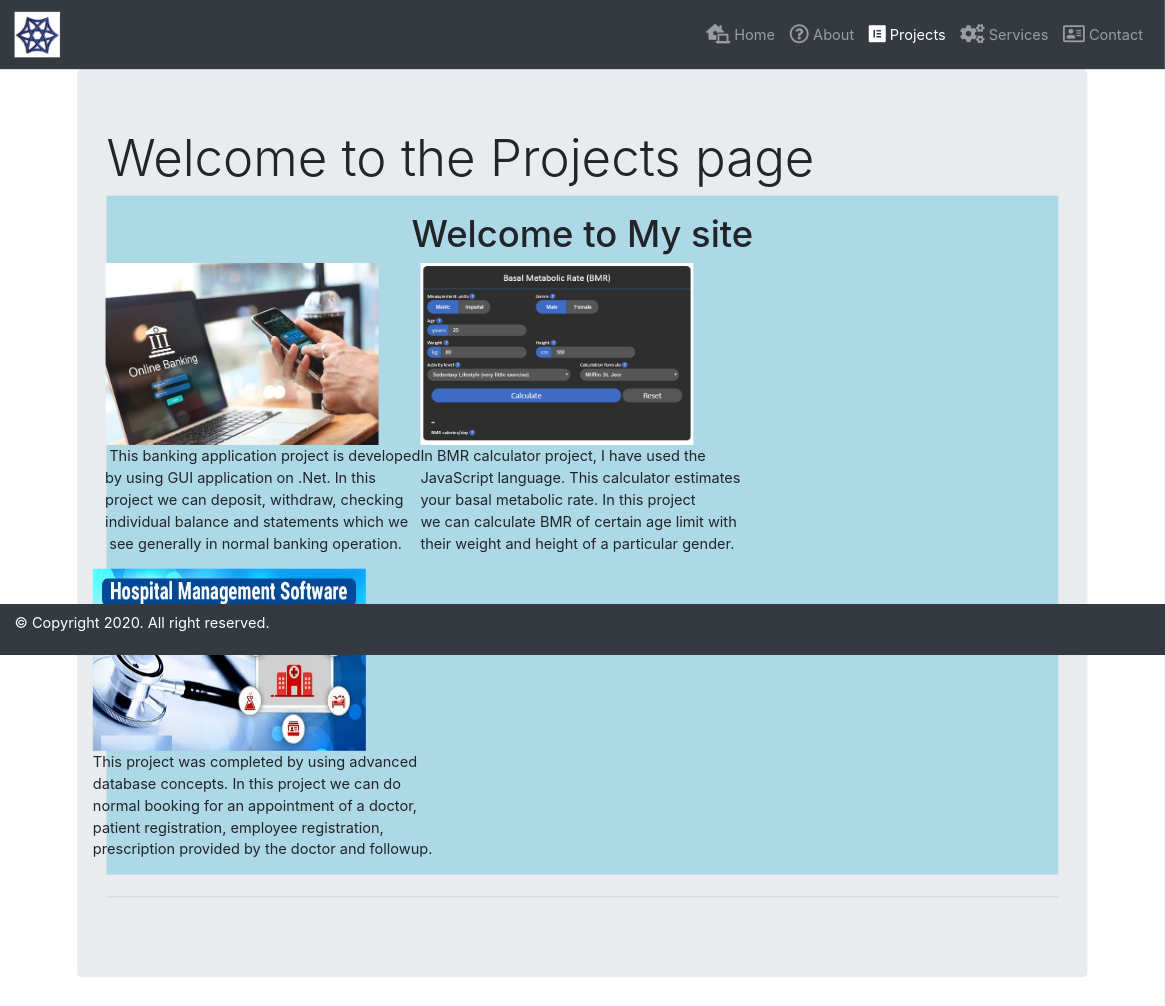
Repository: laxmangothe2020/COMP229Assignment
Page: http://localhost/projects
The author's editor kept a copy of each file at every save. The page is drawn from the files as they stood at one save, then again after the next save.
The browser window is 1280 px wide. The pictures show the whole page, at 91% of full size.
The page is served by the project's Node server (server.js).

Above is the page before, as saved 2021-02-11 23:52:09.

After the next save:
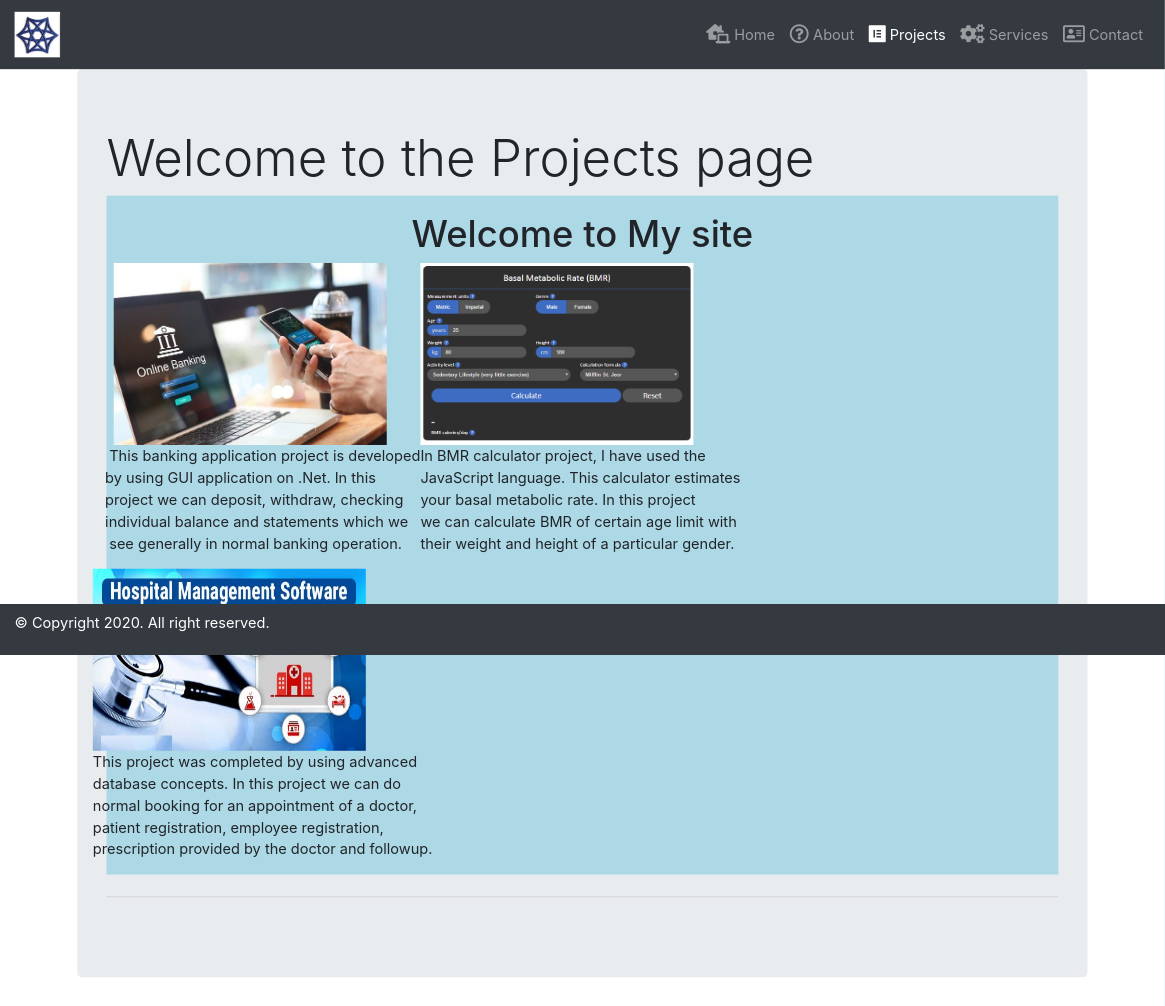
Saved 30 s later.
--- a/views/partials/projects.ejs
+++ b/views/partials/projects.ejs
@@ -7,7 +7,7 @@
           <div id="contentEditable">
             <div class = "row">
              <div class="column">
-              &nbsp;&nbsp;&nbsp;<img src="./Assets/images/banking.jpg" width="300" height="200">
+              &nbsp;&nbsp;&nbsp;&nbsp;&nbsp;<img src="./Assets/images/banking.jpg" width="300" height="200">
               <p>&nbsp;&nbsp;&nbsp; This banking application project is developed<br>
                 &nbsp;&nbsp;&nbsp;by using GUI application on .Net. In this  <br>
                 &nbsp;&nbsp;&nbsp;project we can deposit, withdraw, checking<br>
